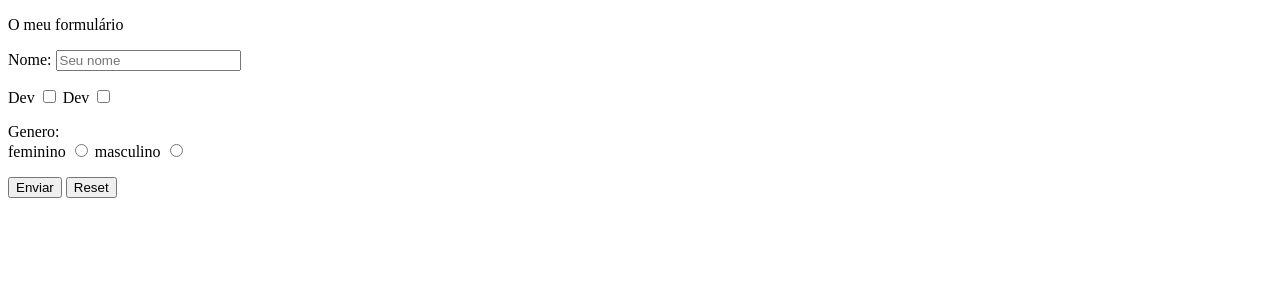
Repository: danilodscosta/CursoHTML
Page: index2.html
An editor plug-in stored every save of this project. The page is shown before and after the next save, followed by the edit.
The browser window is 1280 px wide. The pictures show the whole page.

Above is the page before, as saved 2023-11-02 15:04:21.

### index2.html
<!DOCTYPE html>
<html lang="pt-BR">

<head>
    <meta charset="utf-8">
    <meta name="viewport"
    content="width=device-width, inital-scale=1.0">
    <title>HTML</title>

    <style>
        label {
            cursor: pointer;
        }

    </style>
</head>

<body>
    <form action="#" method="get" autocomplete="off">
        <p>O meu formulário</p>
        <p>
            <label for="nome">Nome:</label>
            <input type="text" id="nome" name="nome" placeholder="Seu nome" required>
        </p>

        <p>
            <label for="dev">Dev</label>
            <input type="checkbox" id="dev">
            <label for="dev">Dev</label>
            <input type="checkbox" id="dev">
        </p>

        <p>
            Genero:<br>
            <label for="feminino">feminino</label>
            <input type="radio" id="feminino" name="genero" value="feminino">
            <label for="masculino">masculino</label>
            <input type="radio" id="masculino" name="genero" value="masculino">
        </p>

        <p>
            <button type="submit">Enviar</button>
            <button type="reset">Reset</button>
        </p>

    </form>

</body>

</html>

After the next save:
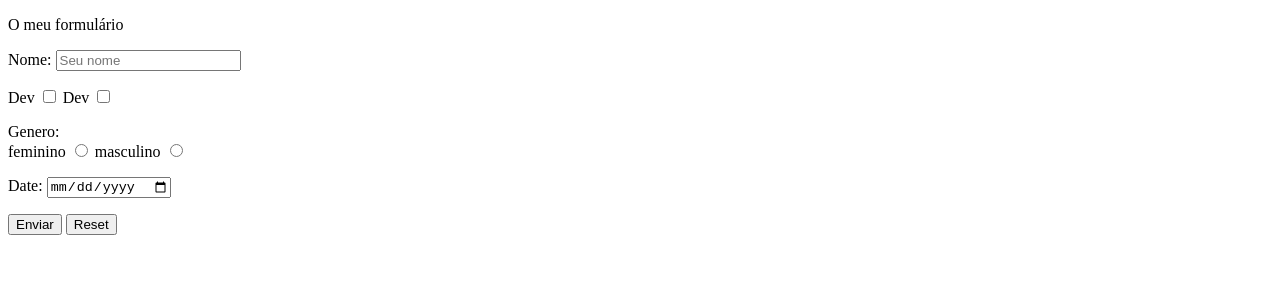
Saved 15 min 26 s later.
--- a/index2.html
+++ b/index2.html
@@ -39,6 +39,11 @@
         </p>
 
         <p>
+            <label for="nome">Date:</label>
+            <input type="date" id="nome" name="nome" placeholder="Seu nome" required>
+        </p>
+
+        <p>
             <button type="submit">Enviar</button>
             <button type="reset">Reset</button>
         </p>
